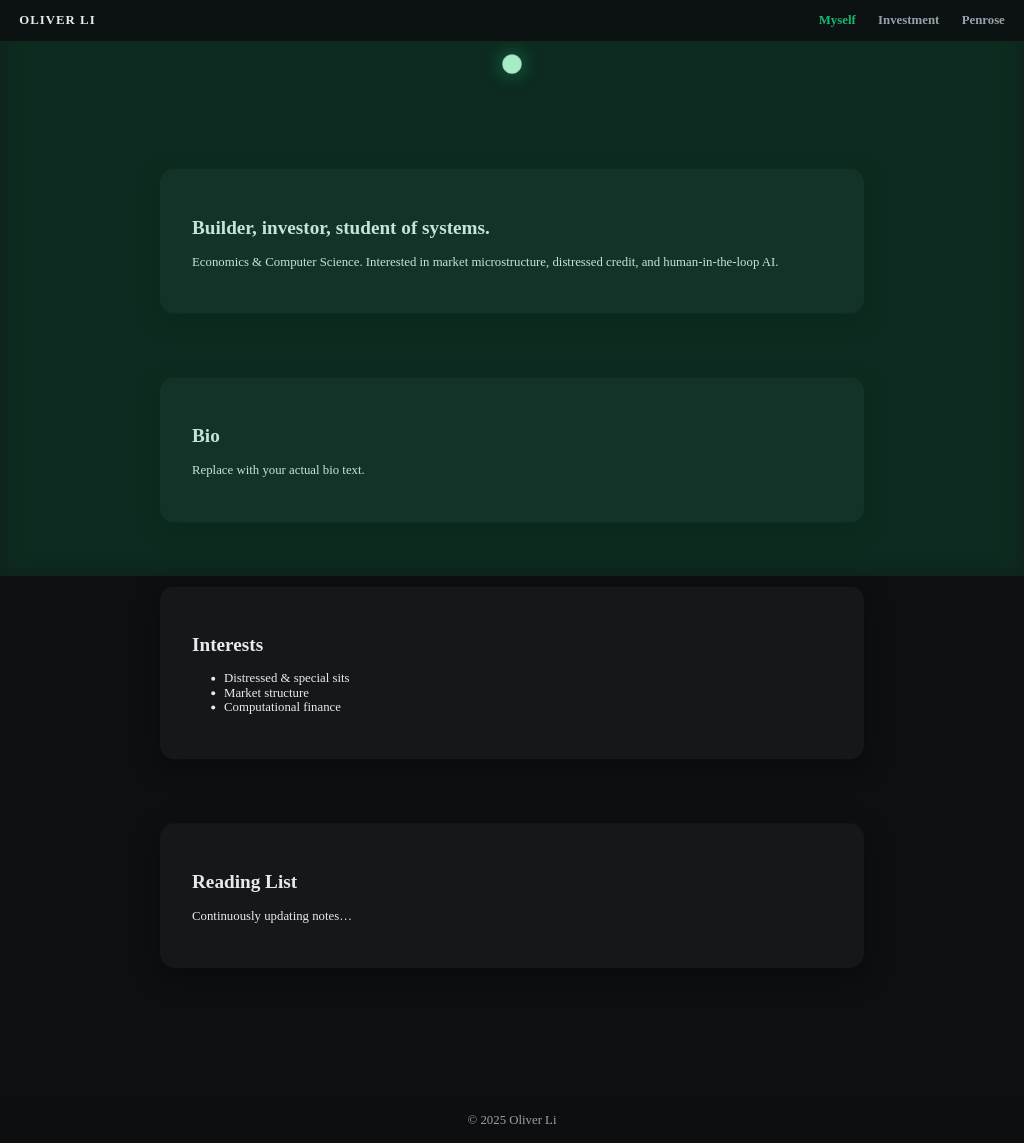
Repository: oliverli1728/portfolio
Page: index.html
The author's editor kept a copy of each file at every save. The page is drawn from the files as they stood at one save, then again after the next save.
The browser window is 1280 px wide. The pictures show the whole page, at 80% of full size.
Some web fonts or font styles are not loaded; a fallback is used.

Above is the page before, as saved 2025-09-25 22:40:23.

After the next save:
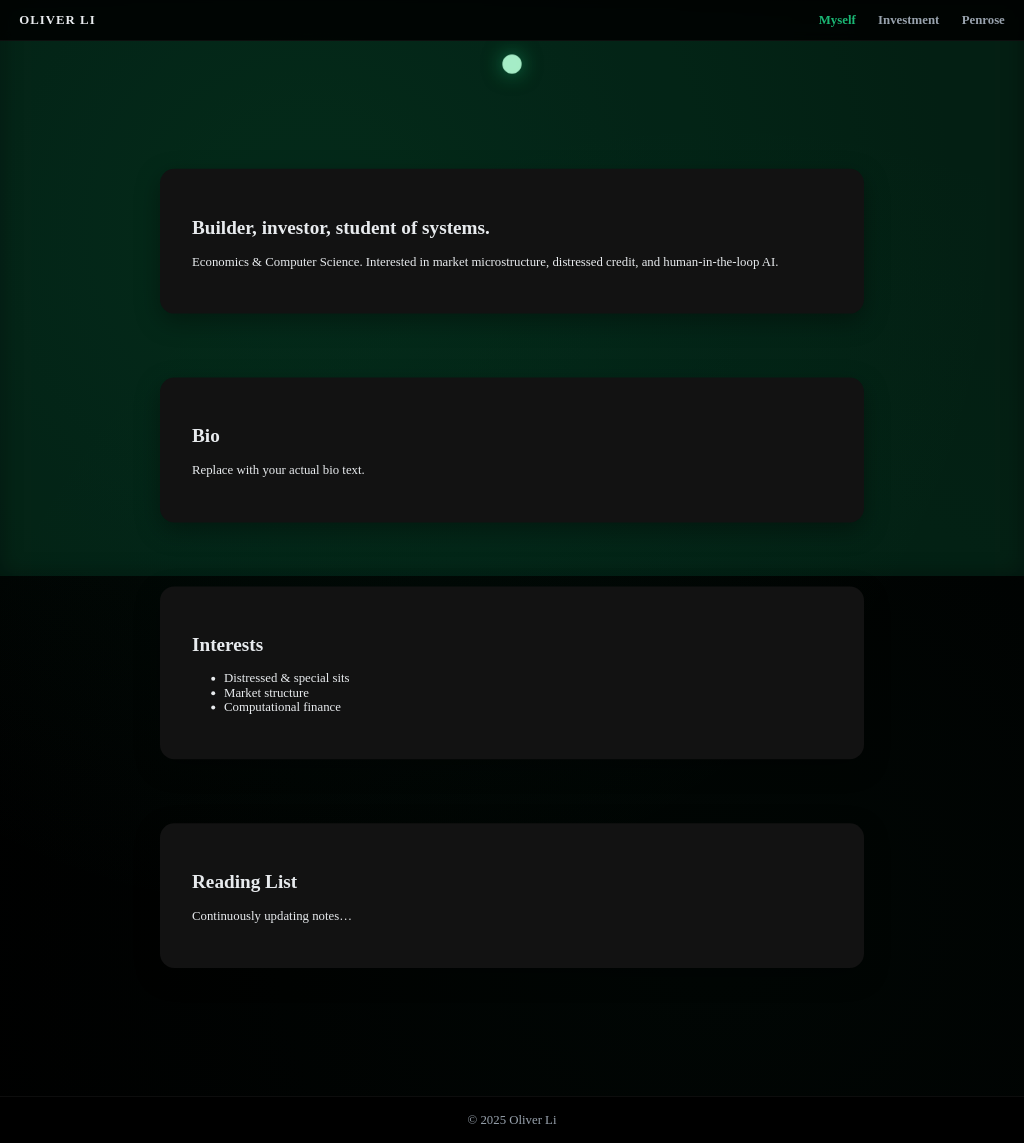
Saved 7 s later.
--- a/style.css
+++ b/style.css
@@ -1,10 +1,12 @@
 :root{
-  --bg:#0d0f10;
-  --elev:#15181a;
+  --bg:#070707;
+  --bg-grad: radial-gradient(circle at 30% 20%, rgba(26,183,116,0.08), transparent 60%),
+             radial-gradient(circle at 70% 80%, rgba(15,128,84,0.05), transparent 70%),
+             #000;
+  --elev:#121212;
   --muted:#98a2ad;
   --text:#e8ebee;
   --accent:#1ab774;
-  --accent-2:#0f8054;
   --radius:18px;
   --shadow:0 10px 30px rgba(0,0,0,.35);
 }
@@ -12,7 +14,7 @@
 body{
   margin:0;
   font-family:"Lusitana", serif;
-  background:var(--bg);
+  background:var(--bg-grad);
   color:var(--text);
   scroll-behavior:smooth;
 }
@@ -20,7 +22,7 @@ body{
 .site-header{
   position:sticky; top:0; display:flex; justify-content:space-between; align-items:center;
   padding:16px 24px; backdrop-filter:blur(6px);
-  background:rgba(13,15,16,0.85);
+  background:rgba(0,0,0,0.85);
   border-bottom:1px solid #111;
   z-index:10;
 }
@@ -29,7 +31,7 @@ body{
 .tab-link{ color:var(--muted); text-decoration:none; font-weight:600; }
 .tab-link.active{ color:var(--accent); }
 
-.tab-content{ display:none; min-height:100vh; padding:80px 20px; }
+.tab-content{ display:none; min-height:100vh; padding:80px 20px; position:relative; z-index:1; }
 .tab-content.active{ display:block; }
 
 /* Panels */
@@ -38,13 +40,15 @@ body{
 [data-fade].in-view{ opacity:1; transform:none; }
 
 /* Penrose animation */
-.penrose-container{ display:flex; flex-direction:column; align-items:center; justify-content:center; height:100vh; }
-.penrose-animated{ width:320px; animation: float 5s ease-in-out infinite, rotate 40s linear infinite; }
-@keyframes float{ 0%,100%{ transform:translateY(0); } 50%{ transform:translateY(-20px); } }
-@keyframes rotate{ 0%{ transform:rotate(0deg); } 100%{ transform:rotate(360deg); } }
+.penrose-container{ position:relative; display:flex; flex-direction:column; align-items:center; justify-content:center; height:100vh; overflow:hidden; }
+.penrose-animated{ width:320px; animation: bob 5s ease-in-out infinite; z-index:2; }
+.penrose-shadow{ position:absolute; bottom:20%; width:180px; height:30px; background:rgba(0,0,0,0.7); border-radius:50%; filter:blur(10px); z-index:1; }
+@keyframes bob{ 0%,100%{ transform:translateY(0);} 50%{ transform:translateY(-20px);} }
 
-/* Canvas for particle */
+#penroseParticles{ position:absolute; top:0; left:0; width:100%; height:100%; pointer-events:none; z-index:0; }
+
+/* Canvas for main particle */
 #particleCanvas{ position:fixed; top:0; left:0; width:100%; height:100%; z-index:0; pointer-events:none; }
 
 /* Footer */
-.site-footer{ text-align:center; padding:20px; border-top:1px solid #111; background:#0c0e0f; color:var(--muted); z-index:5; position:relative; }
+.site-footer{ text-align:center; padding:20px; border-top:1px solid #111; background:#000; color:var(--muted); z-index:5; position:relative; }
